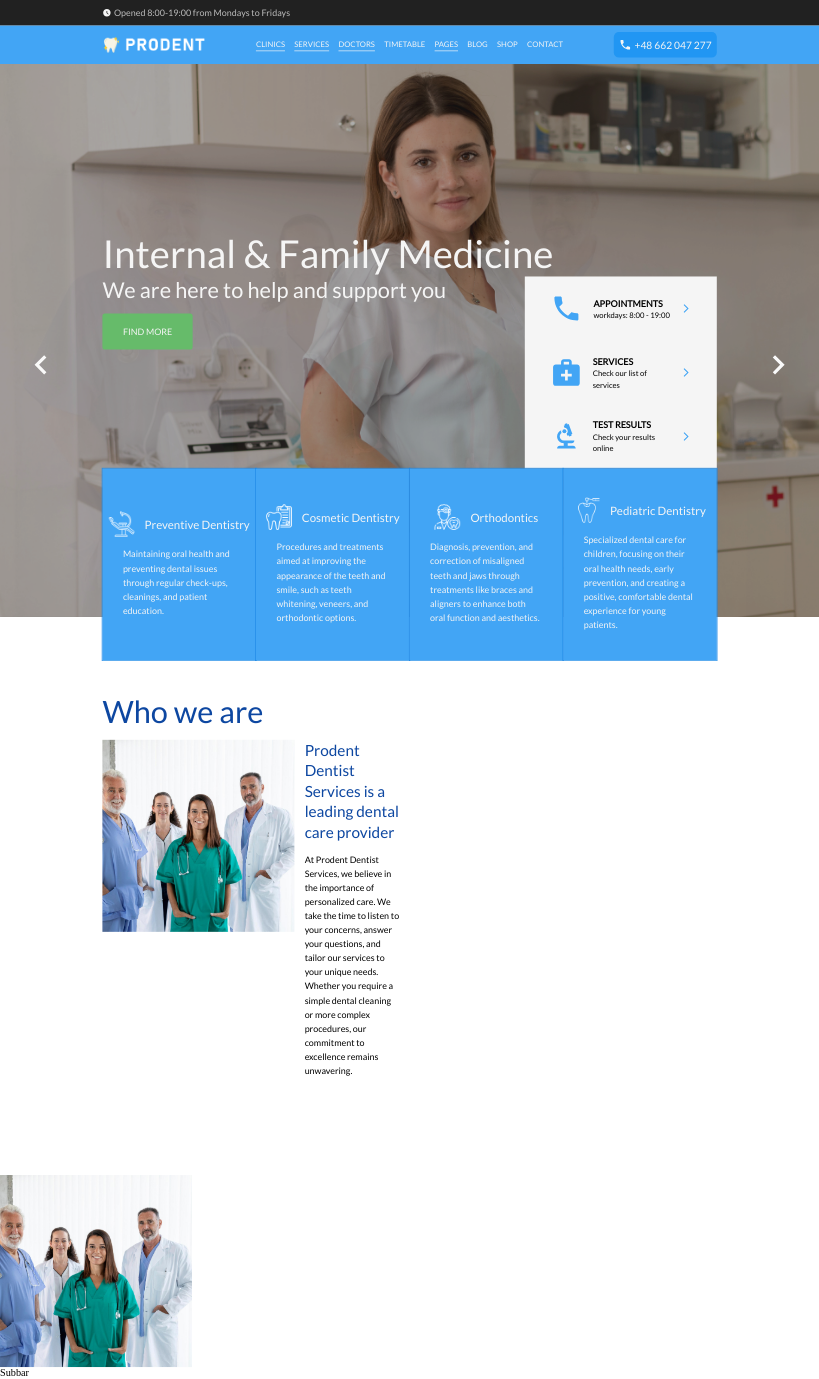
Repository: princ3-web/8
Page: /
The author's editor kept a copy of each file at every save. The page is drawn from the files as they stood at one save, then again after a run of saves.
The browser window is 1280 px wide. The pictures show the whole page, at 64% of full size.
The project was rebuilt for these pictures with package versions that can differ from the ones it lists, and the page was loaded fresh each time. Also part of the build but not shown: vite.config.js, src/subpages/About.jsx, src/index.css.

Above is the page before, as saved 2023-11-02 15:24:40.

### index.html
<!doctype html>
<html lang="en">
  <head>
    <meta charset="UTF-8" />
    <link rel="icon" type="image/svg+xml" href="/vite.svg" />
    <meta name="viewport" content="width=device-width, initial-scale=1.0" />
    <title>Vite + React</title>
    <link rel="preconnect" href="https://fonts.googleapis.com">
    <link rel="preconnect" href="https://fonts.gstatic.com" crossorigin>
    <link href="https://fonts.googleapis.com/css2?family=Lato&display=swap" rel="stylesheet">
  </head>
  <body>
    <div id="root"></div>
    <script type="module" src="/src/main.jsx"></script>
  </body>
</html>

### src/App.jsx
import "./App.css";
import { Box } from "@mui/material";
import { Route, Routes } from "react-router-dom";
import Home from "./subpages/Home";
import About from "./subpages/About";
import Navbar from "./components/Navbar";
import Subbar from "./components/Subbar";
import { createTheme, ThemeProvider } from "@mui/material/styles";

function App() {

  const theme = createTheme({
    typography: {
      fontFamily: "Lato, sans-serif",
    },
  });



  return (
    <ThemeProvider theme={theme}>
    <Box>

      <Navbar />

      <Routes>
        <Route path="/" element={<Home />} />
        <Route path="/about" element={<About />} />
      </Routes>
      <Subbar />
    </Box>
    </ThemeProvider>
  );
}

export default App;

### src/App.css
body {
  padding: 0;
  margin: 0;
  overflow-x: "hidden";
}

### src/subpages/Home.jsx
import React, { useEffect, useState } from "react";
import { Box, CardMedia, Typography, Button, Fade } from "@mui/material";
import image1 from "../assets/images/1.jpg";
import image2 from "../assets/images/2.jpg";
import image3 from "../assets/images/3.jpg";
import image4 from "../assets/images/4.jpg";
import { green, grey, blue } from "@mui/material/colors";
import PhoneIcon from "@mui/icons-material/Phone";
import MedicalServicesIcon from "@mui/icons-material/MedicalServices";
import BiotechIcon from "@mui/icons-material/Biotech";
import ArrowForwardIosIcon from "@mui/icons-material/ArrowForwardIos";
import icon1 from "../assets/icons/1.png";
import icon2 from "../assets/icons/2.png";
import icon3 from "../assets/icons/3.png";
import icon4 from "../assets/icons/4.png";
import SingleCarousel from "../components/SingleCarousel";

const Menu = () => {
  const items0 = [
    {
      title: "Preventive Dentistry",
      text: "Maintaining oral health and preventing dental issues through regular check-ups, cleanings, and patient education.",
      icon: icon1,
    },
    {
      title: "Cosmetic Dentistry",
      text: "Procedures and treatments aimed at improving the appearance of the teeth and smile, such as teeth whitening, veneers, and orthodontic options.",
      icon: icon2,
    },
    {
      title: "Orthodontics",
      text: "Diagnosis, prevention, and correction of misaligned teeth and jaws through treatments like braces and aligners to enhance both oral function and aesthetics.      ",
      icon: icon3,
    },
    {
      title: "Pediatric Dentistry",
      text: "Specialized dental care for children, focusing on their oral health needs, early prevention, and creating a positive, comfortable dental experience for young patients.      ",
      icon: icon4,
    },
  ];

  const items1 = [
    {
      title: "APPOINTMENTS",
      text: "workdays: 8:00 - 19:00",
      icon: <PhoneIcon sx={{ color: blue[400], fontSize: "50px", mr: "1rem" }} />,
    },
    {
      title: "SERVICES",
      text: "Check our list of services",
      icon: <MedicalServicesIcon sx={{ color: blue[400], fontSize: "50px", mr: "1rem" }} />,
    },
    {
      title: "TEST RESULTS",
      text: "Check your results online",
      icon: <BiotechIcon sx={{ color: blue[400], fontSize: "50px", mr: "1rem" }} />,
    },
  ];

  return (
    <Box
      sx={{
        position: "absolute",
        display: "flex",
        flexDirection: "column",
        alignItems: "flex-end",
        boxSizing: "border-box",
        top: "60%",
        px: "160px",
        width: "100%",
      }}
    >
      <Box
        sx={{
          display: "flex",
          flexDirection: "column",
          justifyContent: "space-evenly",
          alignItems: "center",
          backgroundColor: grey[100],
          width: "300px",
          height: "300px",
        }}
      >
        {items1.map((item) => (
          <Box
            sx={{
              display: "flex",
              alignItems: "center",
              justifyContent: "space-between",
              width: "100%",
              height: "33%",
              boxSizing: "border-box",
              px: "40px",
              transition: "0.25s",
              ":hover": {
                backgroundColor: grey[300],
                cursor: "pointer",
              },
            }}
          >
            {item.icon}
            <Box>
              <Typography sx={{ fontSize: "14px", fontWeight: 600 }}>{item.title}</Typography>
              <Typography sx={{ fontSize: "12px" }}>{item.text}</Typography>
            </Box>
            <ArrowForwardIosIcon sx={{ color: blue[400], fontSize: "16px", ml: "1rem" }} />
          </Box>
        ))}
      </Box>
      <Box sx={{ display: "flex", width: "100%" }}>
        {items0.map((item) => (
          <Box
            sx={{
              display: "flex",
              flexDirection: "column",
              justifyContent: "center",
              alignItems: "center",
              backgroundColor: blue[400],
              width: "300px",
              height: "300px",
              outline: "1px solid " + blue[600],
              transition: "0.25s",
              ":hover": {
                backgroundColor: blue[500],
                cursor: "pointer",
              },
            }}
          >
            <Box sx={{ display: "flex", alignItems: "center", mb: "1rem" }}>
              <CardMedia
                component="img"
                src={item.icon}
                alt=""
                sx={{ width: "40px", mr: "1rem" }}
              />
              <Typography color={grey[100]} sx={{ fontSize: "18px" }}>
                {item.title}
              </Typography>
            </Box>
            <Typography color={grey[100]} variant="subtitle2" sx={{ px: "2rem" }}>
              {item.text}
            </Typography>
          </Box>
        ))}
      </Box>
    </Box>
  );
};

const Home = () => {
  const items0 = [
    {
      title: "Preventive Dentistry",
      text: "Maintaining oral health and preventing dental issues through regular check-ups, cleanings, and patient education.",
      icon: icon1,
    },
    {
      title: "Cosmetic Dentistry",
      text: "Procedures and treatments aimed at improving the appearance of the teeth and smile, such as teeth whitening, veneers, and orthodontic options.",
      icon: icon2,
    },
    {
      title: "Orthodontics",
      text: "Diagnosis, prevention, and correction of misaligned teeth and jaws through treatments like braces and aligners to enhance both oral function and aesthetics.      ",
      icon: icon3,
    },
    {
      title: "Pediatric Dentistry",
      text: "Specialized dental care for children, focusing on their oral health needs, early prevention, and creating a positive, comfortable dental experience for young patients.      ",
      icon: icon4,
    },
  ];

  const items1 = [
    {
      title: "APPOINTMENTS",
      text: "workdays: 8:00 - 19:00",
      icon: <PhoneIcon sx={{ color: blue[400], fontSize: "50px", mr: "1rem" }} />,
    },
    {
      title: "SERVICES",
      text: "Check our list of services",
      icon: <MedicalServicesIcon sx={{ color: blue[400], fontSize: "50px", mr: "1rem" }} />,
    },
    {
      title: "TEST RESULTS",
      text: "Check your results online",
      icon: <BiotechIcon sx={{ color: blue[400], fontSize: "50px", mr: "1rem" }} />,
    },
  ];

  const [currentImageIndex, setCurrentImageIndex] = useState(0);

  useEffect(() => {
    const interval = setInterval(() => {
      const nextIndex = (currentImageIndex + 1) % images.length;
      setCurrentImageIndex(nextIndex);
    }, 4000);

    return () => {
      clearInterval(interval);
    };
  }, [currentImageIndex]);

  const images = [image1, image2, image3, image4];

  return (
    <Box>
      <SingleCarousel images={images} />

      <Box sx={{ position: "absolute", top: "50%", left: "160px", zIndex: 1 }}>
        <Typography variant="h2" sx={{ color: grey[100] }}>
          Internal & Family Medicine
        </Typography>
        <Typography variant="h4" sx={{ color: grey[100] }}>
          We are here to help and support you
        </Typography>
        <Button
          sx={{
            backgroundColor: green[400],
            color: grey[100],
            py: "1rem",
            px: "2rem",
            mt: "1rem",
            "&:hover": {
              backgroundColor: green[700],
              cursor: "pointer",
            },
          }}
        >
          FIND MORE
        </Button>
      </Box>
      <Menu />
      <Box sx={{ boxSizing: "border-box", px: "160px", py: "120px" }}>
        <Typography variant="h3" color={blue[900]}>
          Who we are
        </Typography>
        <Box sx={{ display: "flex", width: "50%" }}>
          <CardMedia
            component="img"
            src={image1}
            alt=""
            sx={{ width: "300px", height: "300px", mt: "1rem" }}
          />
          <Box sx={{ p: "1rem" }}>
            <Typography variant="h5" sx={{ mb: "1rem" }} color={blue[900]}>
              Prodent Dentist Services is a leading dental care provider
            </Typography>

            <Typography variant="subtitle2">
              At Prodent Dentist Services, we believe in the importance of personalized care. We
              take the time to listen to your concerns, answer your questions, and tailor our
              services to your unique needs. Whether you require a simple dental cleaning or more
              complex procedures, our commitment to excellence remains unwavering.
            </Typography>
          </Box>
        </Box>
      </Box>
      <Box>
      <CardMedia
            component="img"
            src={image1}
            alt=""
            sx={{ width: "300px", height: "300px", mt: "1rem" }}
          />
      </Box>
    </Box>
  );
};

export default Home;

### src/components/Navbar.jsx
import React from "react";
import { Box, Typography, CardMedia, Menu, MenuItem } from "@mui/material";
import { blue, grey } from "@mui/material/colors";
import PhoneIcon from "@mui/icons-material/Phone";
import AccessTimeFilledIcon from "@mui/icons-material/AccessTimeFilled";
import logo from "../assets/icons/logo.png";

const Navbar = () => {
  const items = [
    { name: "CLINICS", items: ["Dental Clinic 1", "Dental Clinic 2", "Dental Clinic 3"] },
    { name: "SERVICES", items: ["Orthodontics", "Cosmetic Dentistry", "Preventive Dentistry"] },
    { name: "DOCTORS", items: ["Dentist 1", "Dentist 2", "Dentist 3"] },
    { name: "TIMETABLE", items: [] },
    { name: "PAGES", items: ["Home Page", "About Us", "Services Page"] },
    { name: "BLOG", items: [] },
    { name: "SHOP", items: [] },
    {
      name: "CONTACT",
      items: [],
    },
  ];

  const handleMenuItemHover = (event, index) => {
    const dropdownMenu = event.currentTarget.querySelector(".dropdown-menu");
    if (dropdownMenu) {
      dropdownMenu.style.visibility = "visible";
      dropdownMenu.style.filter = "opacity(1)";
    }
  };

  const handleMenuItemLeave = (event) => {
    const dropdownMenu = event.currentTarget.querySelector(".dropdown-menu");
    if (dropdownMenu) {
      dropdownMenu.style.visibility = "hidden";
      dropdownMenu.style.filter = "opacity(0)";
    }
  };

  return (
    <Box sx={{ position: "relative", zIndex: 2 }}>
      <Box
        sx={{
          display: "flex",
          alignItems: "center",
          height: "40px",
          width: "100%",
          backgroundColor: grey[900],
          pl: "160px",
          boxSizing: "border-box",
        }}
      >
        <AccessTimeFilledIcon sx={{ color: grey[100], fontSize: "14px", mr: "0.25rem" }} />
        <Typography color={grey[400]} variant="subtitle2">
          Opened 8:00-19:00 from Mondays to Fridays
        </Typography>
      </Box>
      <Box
        sx={{
          display: "flex",
          justifyContent: "space-between",
          alignItems: "center",
          boxSizing: "border-box",
          px: "160px",
          backgroundColor: blue[400],
          height: "60px",
        }}
      >
        <Box>
          <CardMedia component="img" src={logo} alt="" sx={{ height: "30px" }} />
        </Box>
        <Box
          sx={{
            display: "flex",
            justifyContent: "space-between",
            alignItems: "center",
            width: "50%",
            height: "100%",
          }}
        >
          {items.map((item, index) => (
            <Box
              key={index}
              onMouseEnter={(e) => handleMenuItemHover(e, index)}
              onMouseLeave={handleMenuItemLeave}
              sx={{ display: "flex", alignItems: "center", height: "100%" }}
            >
              <Typography
                sx={{
                  color: grey[100],
                  textDecoration: item.items.length < 1 ? "none" : "underline",
                  textUnderlineOffset:"5px",
                  fontSize: "12px",
                  ":hover": { cursor: "pointer", color: blue[100] },
                }}
              >
                {item.name}
              </Typography>
              <Box
                className="dropdown-menu"
                sx={{
                  visibility: "hidden",
                  position: "absolute",
                  backgroundColor: grey[100],
                  transition: "0.5s",
                  filter: "opacity(0)",
                  fontSize: "12px",
                  mt: "190px",
                  ml: "-10px",
                  py:"0.5rem",
                }}
              >
                {item.items.map((item) => (

                  <MenuItem sx={{ fontSize: "12px", p:"1rem", pr:"7rem" }}>{item}</MenuItem>
                ))}
              </Box>
            </Box>
          ))}
        </Box>
        <Box
          sx={{
            display: "flex",
            alignItems: "center",
            p: "0.5rem",
            borderRadius: ".5rem",
            backgroundColor: blue[500],
          }}
        >
          <PhoneIcon sx={{ color: grey[100], fontSize: "20px", mr: "0.25rem" }} />
          <Typography color={grey[100]}>+48 662 047 277</Typography>
        </Box>
      </Box>
    </Box>
  );
};

export default Navbar;

### src/components/Subbar.jsx
import React from 'react'

const Subbar = () => {
  return (
    <div>Subbar</div>
  )
}

export default Subbar

### src/components/SingleCarousel.jsx
import React, { useState, useEffect } from "react";
import KeyboardArrowLeftIcon from "@mui/icons-material/KeyboardArrowLeft";
import KeyboardArrowRightIcon from "@mui/icons-material/KeyboardArrowRight";
import IconButton from "@mui/material/IconButton";
import Box from "@mui/material/Box";
import { grey } from "@mui/material/colors";
import { CardMedia } from "@mui/material";

const SingleCarousel = ({ images }) => {
  const [index, setIndex] = useState(0);
  const [transition, setTransition] = useState(false);
  const [hover, setHover] = useState(false);

  useEffect(() => {
    const interval = setInterval(() => {
      setIndex((state) => (state === images.length - 1 ? 0 : state + 1));
    }, 5000);

    return () => {
      clearInterval(interval);
    };
  }, [hover]);

  const handlePrevious = () => {
    if (!transition) {
      setTransition(true);
      setIndex((state) => (state > 0 ? setIndex(state - 1) : setIndex(images.length - 1)));
      setTimeout(() => setTransition(false), 500);
    }
  };

  const handleNext = () => {
    if (!transition) {
      setTransition(true);
      setIndex((state) => (state < images.length - 1 ? setIndex(state + 1) : setIndex(0)));
      setTimeout(() => setTransition(false), 500);
    }
  };

  return (
    <Box height={"120vh"} sx={{ position: "relative", overflow: "hidden", backgroundColor: grey[900] }}>
      {images.map((item, n) => (
        <Box
          sx={{
            position: "absolute",
            justifyContent: "center",
            alignContent: "center",
            width: "100%",
            height: "100%",
            transition: "2s",
            filter: n === index ? "Opacity(1)" : "Opacity(0)",
          }}
        >
          <CardMedia
            component="img"
            src={item}
            sx={{ height: "100%", filter: "brightness(0.8)" }}
          />

        </Box>
      ))}
      <Box
        sx={{
          position: "absolute",
          display: "flex",
          justifyContent: "space-between",
          width: "96%",
          left: "2%",
          top: "50%",
        }}
      >
        <IconButton
          onClick={handlePrevious}
          onMouseOver={() => setHover(true)}
          onMouseLeave={() => setHover(false)}
        >
          <KeyboardArrowLeftIcon style={{ color: grey[50], zIndex: 10, fontSize: 60 }} />
        </IconButton>
        <IconButton
          onClick={handleNext}
          onMouseOver={() => setHover(true)}
          onMouseLeave={() => setHover(false)}
        >
          <KeyboardArrowRightIcon style={{ color: grey[50], zIndex: 10, fontSize: 60 }} />
        </IconButton>
      </Box>
    </Box>
  );
};

export default SingleCarousel;

Loaded but not shown: src/main.jsx (common file); src/index.css (no copy from this time; the picture is the same without it)

After the next 6 saves:
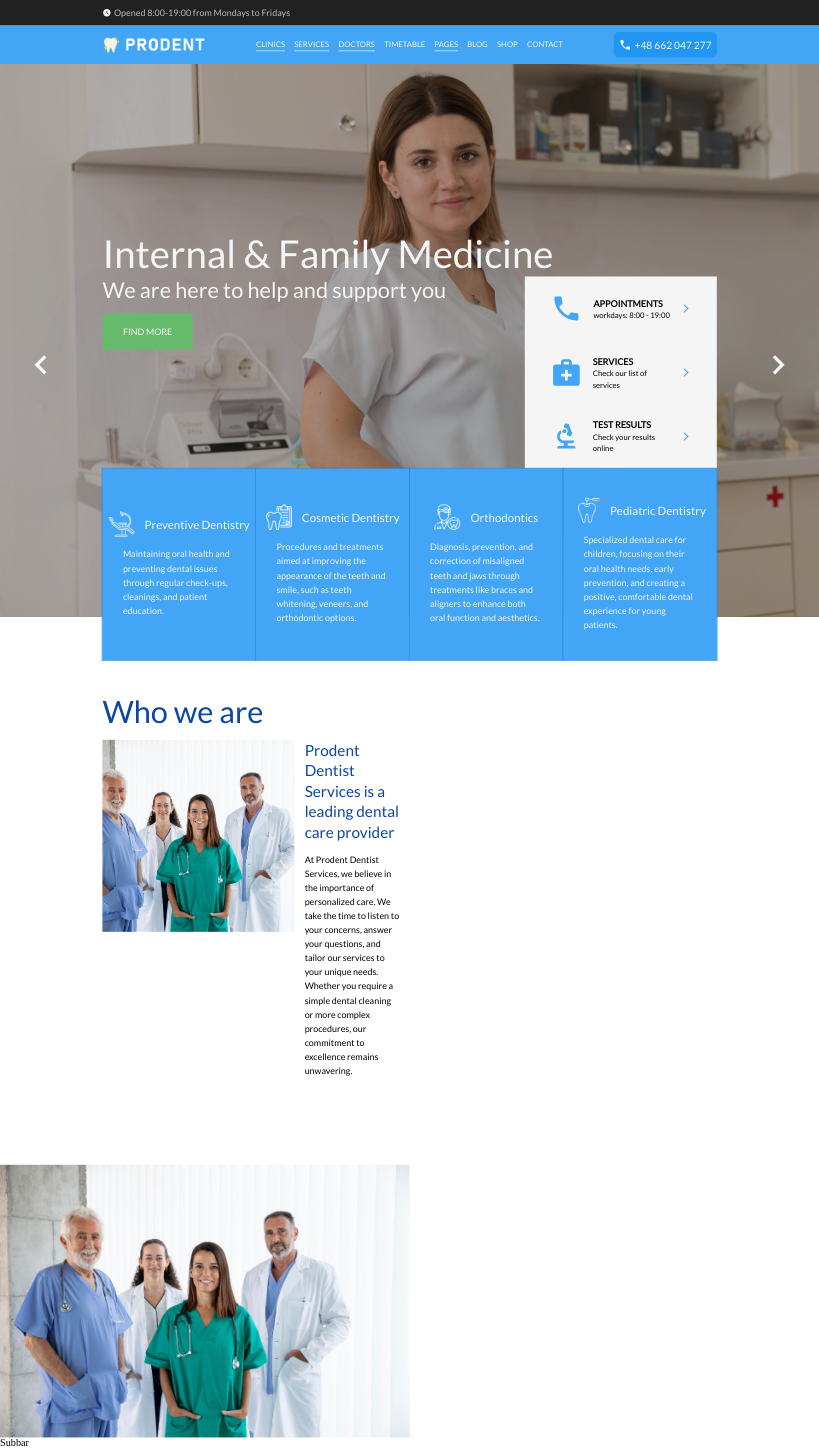
The 6 saves are shown as one change because they came seconds apart.
The last was saved 12 s later.
--- a/src/subpages/Home.jsx
+++ b/src/subpages/Home.jsx
@@ -262,7 +262,7 @@ const Home = () => {
             component="img"
             src={image1}
             alt=""
-            sx={{ width: "300px", height: "300px", mt: "1rem" }}
+            sx={{ width: "50%", height: "100%" }}
           />
       </Box>
     </Box>
